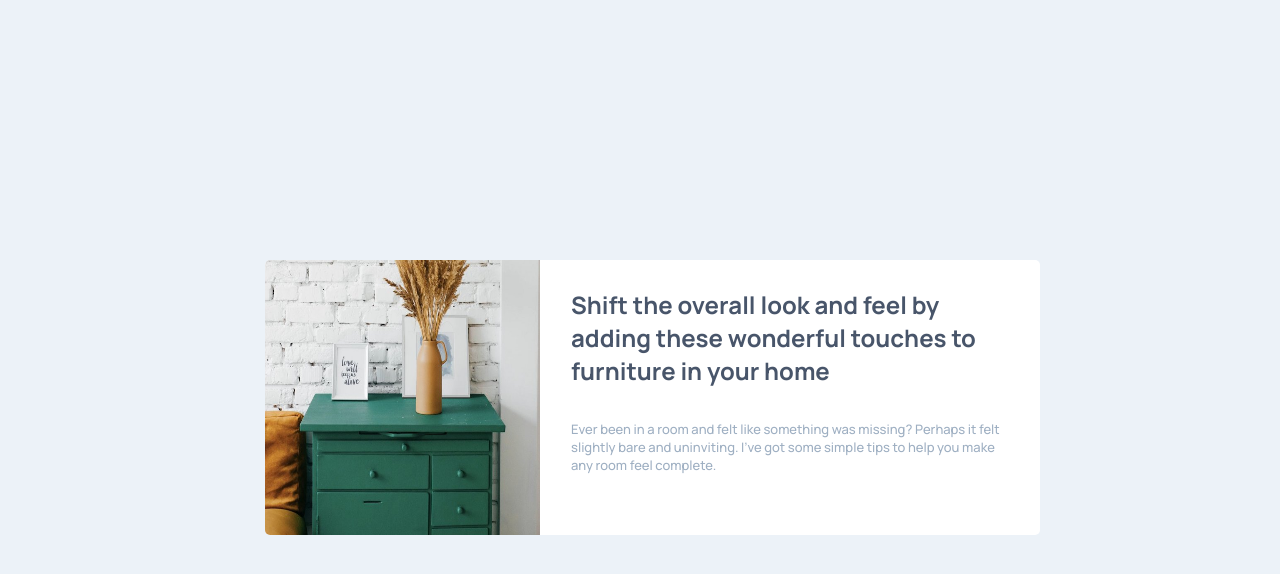
Repository: ricky603/training-css
Page: article-preview-component-master/index.html
The author's editor kept a copy of each file at every save. The page is drawn from the files as they stood at one save, then again after the next save.
The browser window is 1280 px wide. The pictures show the whole page.

Above is the page before, as saved 2020-09-09 08:48:56.

### article-preview-component-master/index.html
<!DOCTYPE html>
<html lang="en">

<head>
    <meta charset="UTF-8">
    <meta name="viewport" content="width=device-width, initial-scale=1.0">
    <!-- displays site properly based on user's device -->

    <link rel="icon" type="image/png" sizes="32x32" href="./images/favicon-32x32.png">
    <link rel="stylesheet" href="./styles.css">
    <link href="https://fonts.googleapis.com/css2?family=Manrope:wght@500;700&display=swap" rel="stylesheet">

    <title>Frontend Mentor | Article preview component</title>

    <!-- Feel free to remove these styles or customise in your own stylesheet 👍 -->
</head>

<body>
    <div class="article">
        <div id="image">
            <img src="./images/drawers.jpg" class="drawer">
        </div>

        <div class="post">
            <div class="head">
                <h2>Shift the overall look and feel by adding these wonderful touches to furniture in your home</h2>
            </div>
            <div class="body">
                <p>Ever been in a room and felt like something was missing? Perhaps it felt slightly bare and uninviting. I’ve got some simple tips to help you make any room feel complete.</p>
            </div>
        </div>
    </div>


</body>

</html>

<!--

  Ever been in a room and felt like something was missing? Perhaps
  it felt slightly bare and uninviting. I’ve got some simple tips
  to help you make any room feel complete.

  Michelle Appleton
  28 Jun 2020

  Share -->

### article-preview-component-master/styles.css
body {
    background-color: hsl(210, 46%, 95%);
}

h2 {
    font-family: 'Manrope';
    font-weight: 700;
}

#image {
    display: inline-block;
}

.post {
    position: absolute;
    width: 57%;
    display: inline-block;
    margin: 1% 4% 5% 4%;
}

.body {
    font-family: 'Manrope';
    font-weight: 500;
    font-size: 13px;
    color: hsl(212, 23%, 69%);
}

.head {
    display: inline-block;
    color: hsl(217, 19%, 35%);
}

.article {
    position: fixed;
    width: 775px;
    height: 275px;
    background-color: white;
    margin: auto;
    top: 50%;
    left: 50%;
    margin-top: -100px;
    margin-left: -375px;
    border-radius: 5px;
}

.drawer {
    width: 275px;
    height: 275px;
    border-radius: 5px 0 0 5px;
}

.attribution {
    font-size: 11px;
    text-align: center;
}

.attribution a {
    color: hsl(228, 45%, 44%);
}

After the next save:
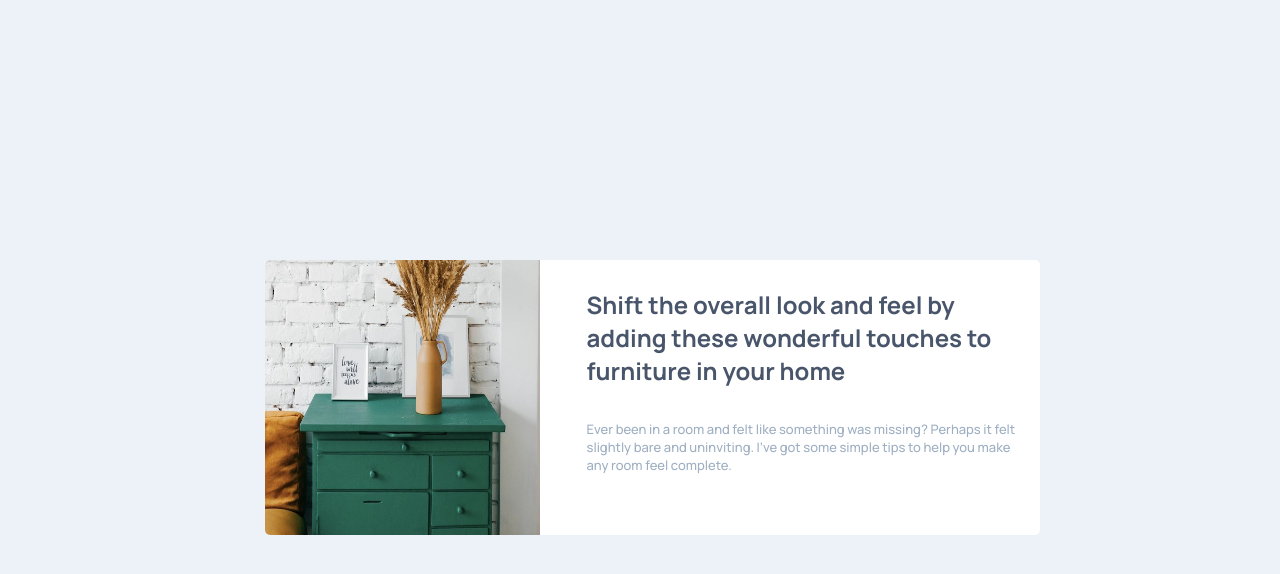
Saved 10 s later.
--- a/article-preview-component-master/styles.css
+++ b/article-preview-component-master/styles.css
@@ -15,7 +15,7 @@ h2 {
     position: absolute;
     width: 57%;
     display: inline-block;
-    margin: 1% 4% 5% 4%;
+    margin: 1% 3% 5% 6%;
 }
 
 .body {
